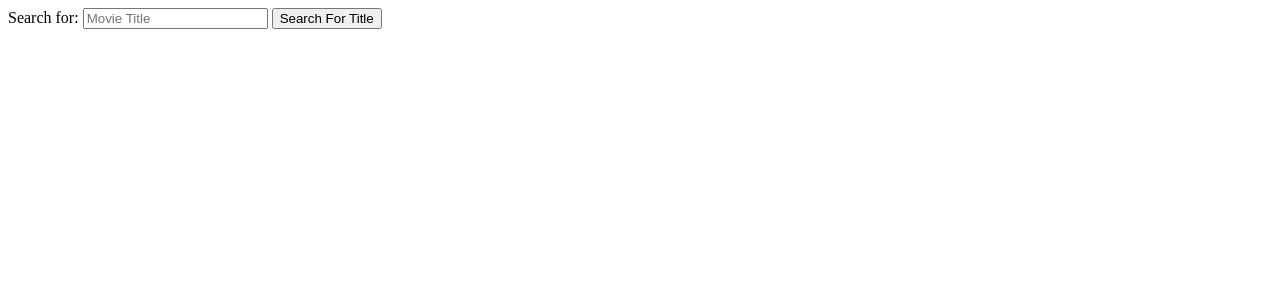
Repository: ndonnelly7/clinic-web-app
Page: http://localhost/PeerJSChannel/MovieExchange.jsp
An editor plug-in stored every save of this project. The page is shown before and after the next save, followed by the edit.
The browser window is 1280 px wide. The pictures show the whole page.
The page is served by Tomcat 9. Other server files are loaded and not shown.

Above is the page before, as saved 2014-01-15 15:19:08.

### Web App/PeerJSChannel/war/MovieExchange.jsp
<%@ page language="java" contentType="text/html; charset=ISO-8859-1"
    pageEncoding="ISO-8859-1"%>
<!DOCTYPE html PUBLIC "-//W3C//DTD HTML 4.01 Transitional//EN" "http://www.w3.org/TR/html4/loose.dtd">
<html>
<head>
<meta http-equiv="Content-Type" content="text/html; charset=ISO-8859-1">
<title>MovieExchange</title>
</head>
<body>
  	<div class="pure-control-group">
  	<label for="title_search">Search for: </label>
	<input type="text" name="title_search" placeholder="Movie Title"/>
	<input type="button" name="search" value="Search For Title" onclick="searchTitle">
	</div>

	<div id="infotext"></div>
</body>
</html>

After the next save:
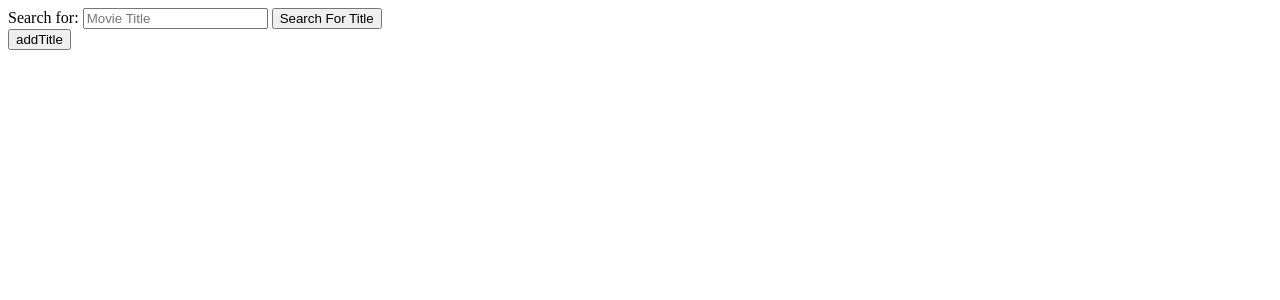
Saved 56 s later.
--- a/Web App/PeerJSChannel/war/MovieExchange.jsp
+++ b/Web App/PeerJSChannel/war/MovieExchange.jsp
@@ -10,7 +10,11 @@
   	<div class="pure-control-group">
   	<label for="title_search">Search for: </label>
 	<input type="text" name="title_search" placeholder="Movie Title"/>
-	<input type="button" name="search" value="Search For Title" onclick="searchTitle">
+	<input type="button" name="search" value="Search For Title" onclick="searchTitle()">
+	</div>
+
+	<div class="pure-control-group">
+	<input type="button" name="add" value="addTitle" onclick="addTitle()">
 	</div>
 
 	<div id="infotext"></div>
